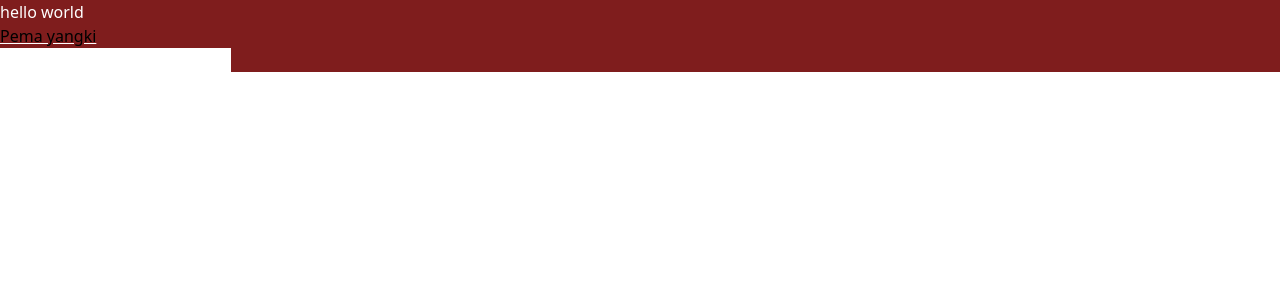
Repository: Pema-yangki/Css
Page: tailwind.html
These files come from the project's save history. The page is drawn as it stood at one moment and after the next save; the edit follows.
The browser window is 1280 px wide. The pictures show the whole page.
Some web libraries are served in a nearby version.

Above is the page before, as saved 2024-04-12 10:32:03.

After the next save:
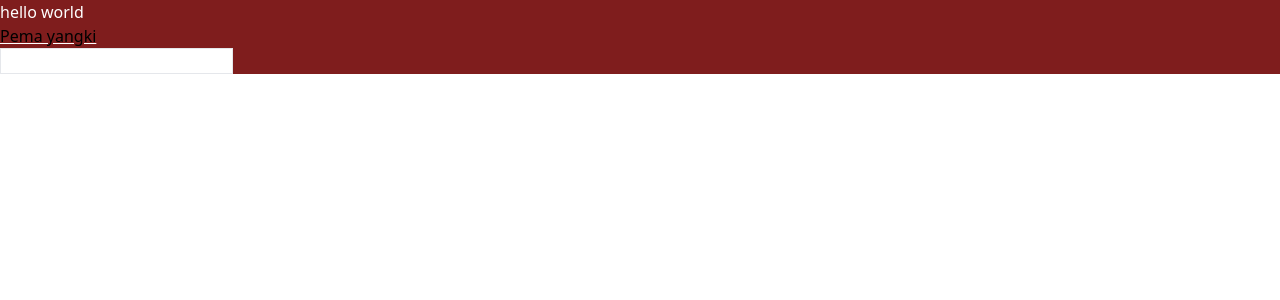
Saved 4 s later.
--- a/tailwind.html
+++ b/tailwind.html
@@ -10,7 +10,7 @@
     <div class="bg-red-900">
         <h1 class="text-white">hello world</h1>
         <h1 class="underline decoration-white">Pema yangki</h1>
-        <input type="text" class
+        <input type="text" class="border"
     </div>
 
 </body>
